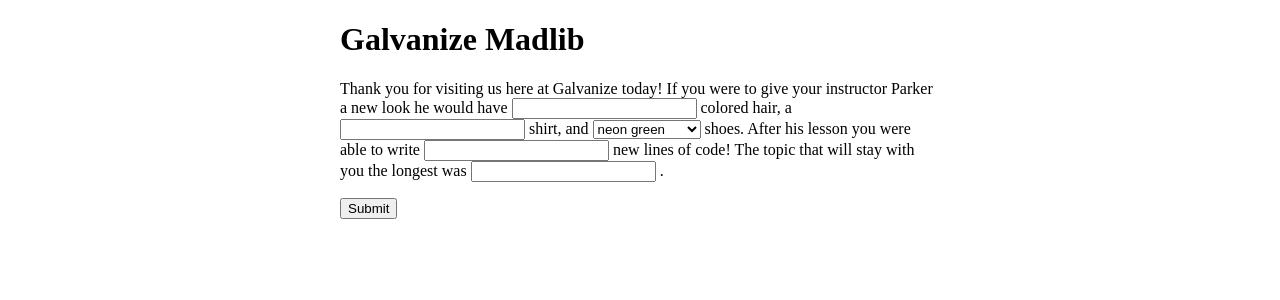
Repository: marta84/galvanize-scripted-madlib
Page: madlib.html
The author's editor kept a record of every edit. The page is drawn from the files as they stood at one moment, then again after the next edit.
The browser window is 1280 px wide. The pictures show the whole page.
Some web libraries are served in a nearby version.

Above is the page before.

### madlib.html
<!DOCTYPE html>
<html lang="en-us">
	<head>
		<meta charset="utf-8">
		<title>Galvanize Madlib</title>

		<style type="text/css">
			main {
				width: 600px;
				margin: auto;
			}
		</style>

		<script
			src="https://code.jquery.com/jquery-3.2.1.js"
			integrity="sha256-DZAnKJ/6XZ9si04Hgrsxu/8s717jcIzLy3oi35EouyE="
			crossorigin="anonymous"></script>
		<script type="text/javascript" src="script.js"></script>

	</head>

	<body>
		<main>
			<h1>Galvanize Madlib</h1>
			<p>
				Thank you for visiting us here at Galvanize today! If you were to give your instructor Parker
				a new look he would have

				<input type="text"/>

				colored hair, a

				<input type="text"/>

				shirt, and

				<select name="instructor" id="instructor">
					<option value="neon green">neon green</option>
					<option value="bright purple">bright purple</option>
					<option value="radiant orange">radiant orange</option>
				</select>

				shoes. After his lesson you were able to write

				<input type="number"/>

				new lines of code! The topic that will stay with you
				the longest was

				<input type="text"/>

				.
			</p>

			<button id="clickButton">Submit</button>
		</main>

	</body>
</html>

### script.js
$(document).ready(function() {
    $("#clickButton").on("click", function() {

        var hairColor = "red";
        var shirtColor = "yellow";
        var shoesColor = "green";
        var linesOfCode = 123;
        var linesOfCodeModifier = modifierFunc(linesOfCode);
        var lessonLearned = "jQuery"

        var returnString =      "I had a great time at Galvanize with Parker today but his look needs"
                            +   " some serious help! First off, he should dye his hair " + hairColor + "."
                            +   " He also really needs a " + shirtColor + " shirt to go with some " + shoesColor
                            +   " shoes. Aside from his outfit, he was a pretty good instructor. I was able "
                            +   " to write " + linesOfCodeModifier + " more lines of code because of our review."
                            +   " After this time at Galvanize I will never forget" + lessonLearned + " !"

        $("main").text(returnString)

    });


});

After the next edit:
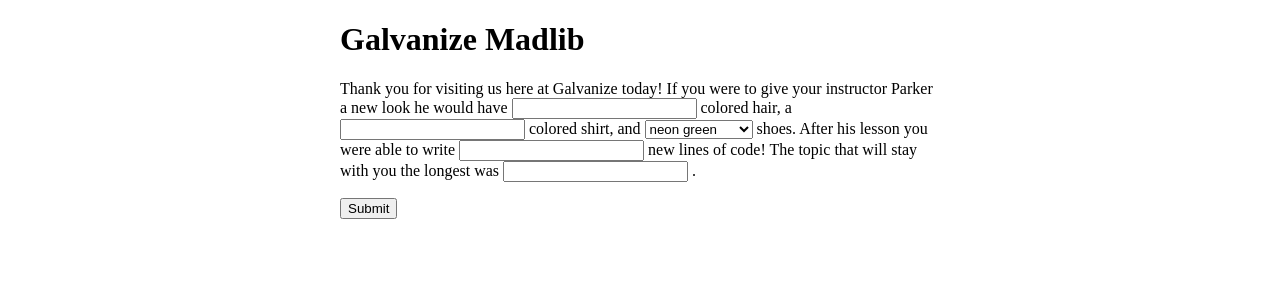
The edit:
--- a/madlib.html
+++ b/madlib.html
@@ -32,7 +32,7 @@
 
 				<input type="text"/>
 
-				shirt, and
+				colored shirt, and
 
 				<select name="instructor" id="instructor">
 					<option value="neon green">neon green</option>
